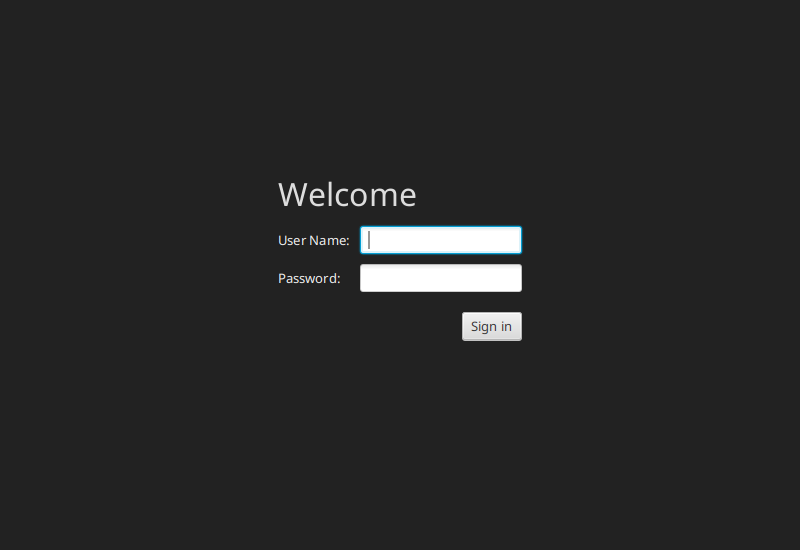
Repository: tariqmbawa/simple-strategic-game
Program's window: java Single Player Monster/src/LoginScreen.java
These files come from the project's save history. The program's window is drawn as it stood at one moment and after the next save; the edit follows.
It runs on Java 21 on a 1366 x 768 screen with JavaFX 11; the title bar is not drawn.

Above is the program's window before, as saved 2017-04-01 06:46:08.

### Single Player Monster/src/LoginScreen.java
import javafx.application.Application;
import javafx.event.ActionEvent;
import javafx.event.EventHandler;
import javafx.geometry.Insets;
import javafx.geometry.Pos;
import javafx.scene.Scene;
import javafx.scene.control.Button;
import javafx.scene.control.Label;
import javafx.scene.control.PasswordField;
import javafx.scene.control.TextField;
import javafx.scene.layout.GridPane;
import javafx.scene.layout.HBox;
import javafx.scene.layout.StackPane;
import javafx.scene.paint.Color;
import javafx.scene.text.Font;
import javafx.scene.text.FontWeight;
import javafx.scene.text.Text;
import javafx.stage.Stage;


public class LoginScreen extends Application {


	public static void main(String[] args) {
		launch(args);
	}

	@Override
    public void start(Stage primaryStage) {
		primaryStage.setTitle("JavaFX Welcome");
        GridPane grid = new GridPane();
        grid.setAlignment(Pos.CENTER);
        grid.setHgap(10);
        grid.setVgap(10);
        grid.setPadding(new Insets(25, 25, 25, 25));

        Text scenetitle = new Text("Welcome");
        scenetitle.setId("welcome-text");
        grid.add(scenetitle, 0, 0, 2, 1);

        Label userName = new Label("User Name:");
        grid.add(userName, 0, 1);

        TextField userTextField = new TextField();
        grid.add(userTextField, 1, 1);

        Label password = new Label("Password:");
        grid.add(password, 0, 2);

        PasswordField pwBox = new PasswordField();
        grid.add(pwBox, 1, 2);

        Button btn = new Button("Sign in");
        HBox hbBtn = new HBox(10);
        hbBtn.setAlignment(Pos.BOTTOM_RIGHT);
        hbBtn.getChildren().add(btn);
        grid.add(hbBtn, 1, 4);

        final Text actiontarget = new Text();
        grid.add(actiontarget, 1, 6);

        btn.setOnAction(new EventHandler<ActionEvent>() {

            @Override
            public void handle(ActionEvent e) {
                actiontarget.setFill(Color.FIREBRICK);
                actiontarget.setText("Sign in button pressed");
            }
        });

        Scene scene = new Scene(grid, 800, 550);
        primaryStage.setScene(scene);
        scene.getStylesheets().add(LoginScreen.class.getResource("css/login_css.css").toExternalForm());
        primaryStage.show();
    }
}

### Single Player Monster/src/css/login_css.css
.root {
     -fx-background-color: #222;
}

.label {
	-fx-text-fill: #eee;

}

#welcome-text {
	-fx-fill: #ddd;
	-fx-font-family: "Tahoma";
	-fx-font-weight: normal;
	-fx-font-size: 32px;

}

After the next save:
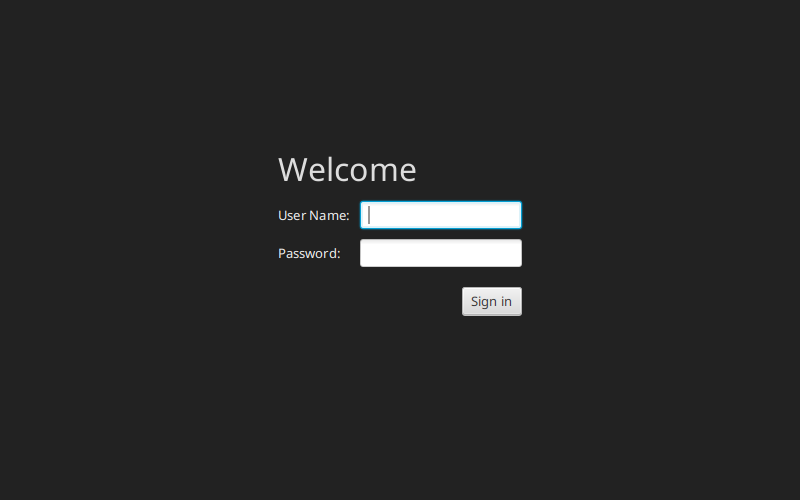
Saved 10 s later.
--- a/Single Player Monster/src/LoginScreen.java
+++ b/Single Player Monster/src/LoginScreen.java
@@ -68,7 +68,7 @@
             }
         });
 
-        Scene scene = new Scene(grid, 800, 550);
+        Scene scene = new Scene(grid, 800, 500);
         primaryStage.setScene(scene);
         scene.getStylesheets().add(LoginScreen.class.getResource("css/login_css.css").toExternalForm());
         primaryStage.show();
